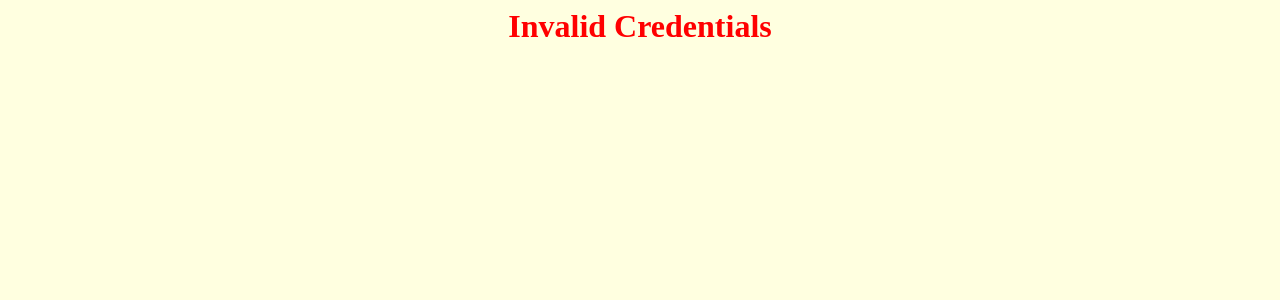
Repository: Ranjith-Kondra/FSD57_MODULE3
Page: http://localhost/EmpWebApp/HRHomePage
The author's editor kept a copy of each file at every save. The page is drawn from the files as they stood at one save, then again after the next save.
The browser window is 1280 px wide. The pictures show the whole page.
The page is served by Tomcat 9.

Above is the page before, as saved 2024-01-04 09:29:09.

After the next save:
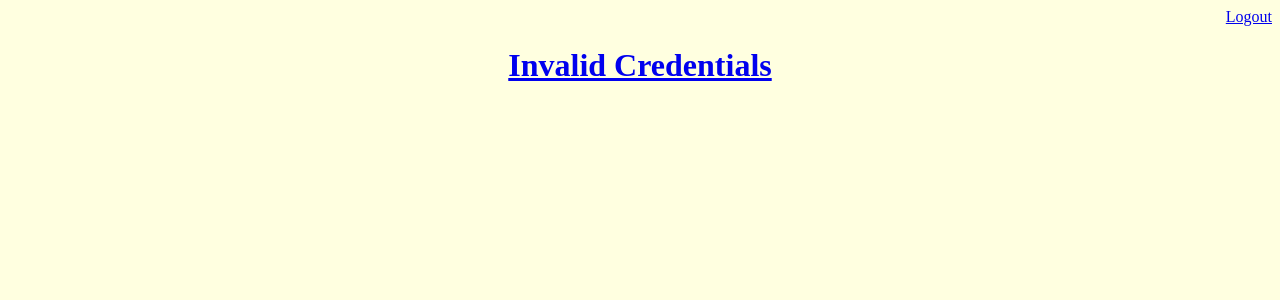
Saved 2 min 58 s later.
--- a/AdvJava/WorkSpace2/EmpWebApp/src/com/web/HRHomePage.java
+++ b/AdvJava/WorkSpace2/EmpWebApp/src/com/web/HRHomePage.java
@@ -25,6 +25,11 @@ protected void doGet(HttpServletRequest request, HttpServletResponse response) t
 
 		    out.println("</html>");
 			out.println("<body bgcolor='lightyellow' text='red'>");
+			//For Logout
+			out.print("<form align='right'>");
+			out.print("<a href='Logout'>Logout</>");
+			out.print("<form>");
+
 			out.println("<center>");
 			out.println("<h1>Invalid Credentials</h1>");
 
